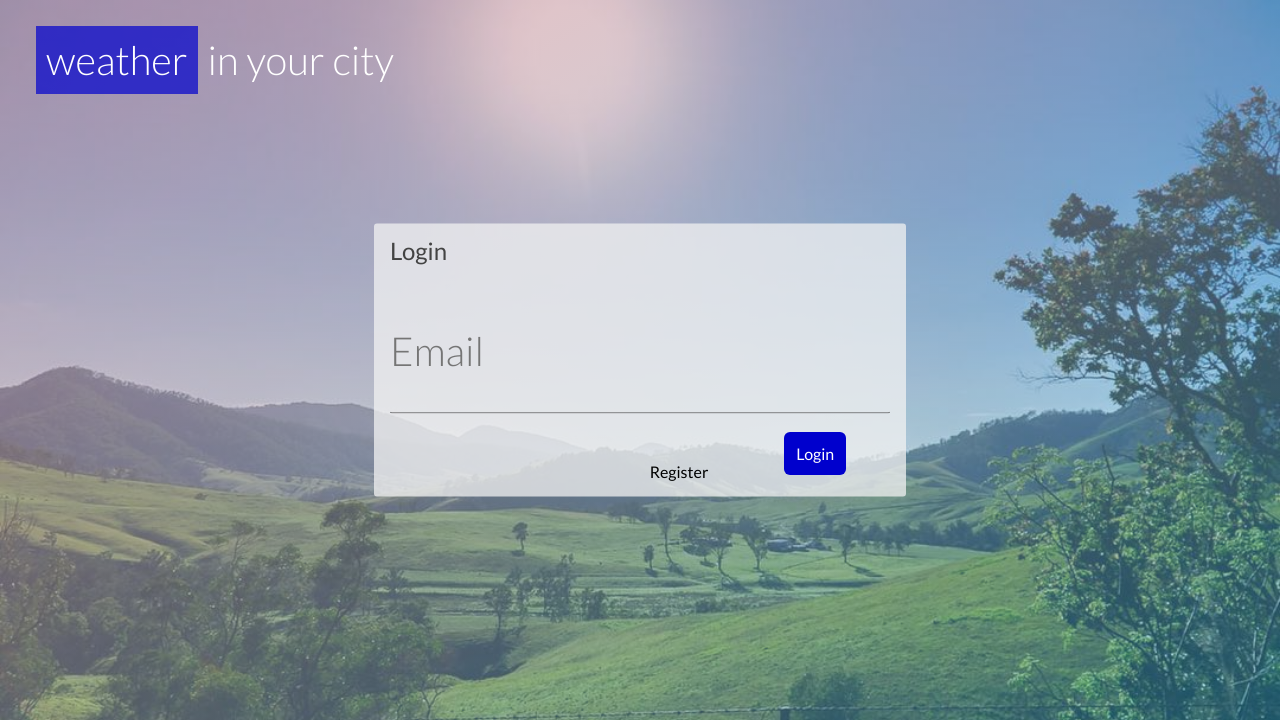
Repository: nosplashurinal/weather-app
Page: /, after clicking the first element matching `button.next`
An editor plug-in stored every save of this project. The page is shown before and after the next save, followed by the edit.
The browser window is 1280 px wide. The pictures show the whole page.
The project was rebuilt for these pictures with package versions that can differ from the ones it lists, and the page was loaded fresh each time. Also part of the build but not shown: src/components/RecentSearches.vue, src/components/Search.vue, src/components/WeatherDataBlock.vue.

Above is the page before, as saved 2018-12-31 17:11:06.

### public/index.html
<!DOCTYPE html>
<html lang="en">

<head>
	<meta charset="utf-8">
	<meta http-equiv="X-UA-Compatible" content="IE=edge">
	<meta name="viewport" content="width=device-width,initial-scale=1.0">
	<link rel="icon" href="<%= BASE_URL %>favicon.ico">
	<link href="https://fonts.googleapis.com/css?family=Lato:300,400" rel="stylesheet">
	<title>weather-app</title>
</head>

<body>
	<noscript>
		<strong>We're sorry but weather-app doesn't work properly without JavaScript enabled. Please enable it to continue.</strong>
	</noscript>
	<div id="app"></div>
	<!-- built files will be auto injected -->
</body>

</html>

### src/App.vue
<template>
  <div class="root-container">
    <div class="bg" v-bind:style="{backgroundImage: `url(${bg})`}"></div>
    <div class="overlay"></div>
    <div class="title">
      <span>weather</span>
      <span>in your city</span>
    </div>
    <transition name="slide">
      <Login v-if="!loginSuccess && !showRegistration" v-on:on-login="attemptLogin" />
    </transition>
    <Registration v-if="showRegistration" v-on:on-success="showRegistration = false" />
    <div v-if="loginSuccess" class="search-container" v-bind:class="{resultActive: showResults}">
      <Search
        v-bind:message="message"
        v-bind:showLoading="isLoadingResults"
        v-bind:isError="isError"
        v-on:on-key-press="onClickSearch"
        v-on:on-change="onInputChange"
      />
      <transition name="ease">
        <div class="results-container" v-if="showResults">
          <WeatherDataBlock v-bind:weatherData="weatherData"/>
        </div>
      </transition>
    </div>
  </div>
</template>

<script>
import Search from "./components/Search.vue";
import WeatherDataBlock from "./components/WeatherDataBlock.vue";
import Login from "./components/Login.vue";
import Registration from "./components/Registration.vue";
import axios from "axios";

export default {
  name: "app",
  components: {
    Search,
    WeatherDataBlock,
    Login,
    Registration
  },
  data() {
    return {
      currentQueryValue: null,
      results: [],
      showResults: false,
      address: null,
      isError: false,
      message: null,
      searchQuery: null,
      isLoadingResults: false,
      units: "metric",
      weatherData: undefined,
      bg: "/images/bg.jpg",
      weatherBg: null,
      screenWidth: window.innerWidth,
      screenHeight: window.innerHeight,
      showRegistration: false,
      loginSuccess: false
    };
  },
  created: function() {
    if (!JSON.parse(window.localStorage.getItem("user"))) {
      this.showRegistration = true;
    }
  },
  mounted: function() {
    if (JSON.parse(window.localStorage.getItem("searches"))) {
      this.validateRecentSearches();
    }
  },
  watch: {
    async searchQuery(newQuery) {
      let storedWeatherData;
      this.showResults = false;

      // Check if anything is saved in localStorage
      if (window.localStorage.getItem("searches")) {
        // Now, check if the current query matches anything in localStorage
        storedWeatherData = this.getFromLocalStorage(newQuery);
      } else {
        // Create an empty object in localStorage
        window.localStorage.setItem("searches", null);
      }
      if (storedWeatherData) {
        this.isLoadingResults = true;
        // Translate localStorage data into the format needed to display the data
        setTimeout(
          () =>
            (this.weatherData = this.parseStoredWeatherData(
              storedWeatherData.result
            )),
          0.0001
        );
      } else {
        this.isLoadingResults = true;
        try {
          let weatherData = await this.fetchWeatherDataForCity(
            this.searchQuery
          );
          const formattedData = this.parseApiResponse(newQuery, weatherData);
          this.pushDataToLocalStorage(formattedData);
          this.weatherData = formattedData.result;
        } catch {
          this.isLoadingResults = false;
          this.isError = true;
        }
      }
    },
    weatherData() {
      this.isLoadingResults = false;
      this.showResults = true;
      this.changeBackgroundImage();
    }
  },
  methods: {
    async validateRecentSearches() {
      let storedData = window.localStorage.getItem("searches");
      let storedDataObject = JSON.parse(storedData);
      let promiseArray = [];
      let newDataObject = [];
      storedDataObject.forEach(({ result }) => {
        promiseArray.push(this.fetchWeatherDataForCity(result.name));
      });
      let responseArray = await Promise.all(promiseArray);
      responseArray.forEach((data, index) => {
        const formattedData = this.parseApiResponse(
          storedDataObject[index].query,
          data
        );
        newDataObject.push(formattedData);
      });
      window.localStorage.setItem("searches", JSON.stringify(newDataObject));
    },
    timeDifferenceBetwenNowAndDate(d) {
      const date = new Date(d * 1000);
      const now = new Date();
      return (now.getTime() - date.getTime()) / (1000 * 60);
    },
    attemptLogin(e) {
      const user = window.localStorage.getItem("user");
      if (user === e) {
        this.loginSuccess = true;
      }
    },
    onInputChange() {
      if (this.isError) this.isError = false;
    },
    pushDataToLocalStorage(newDataItem) {
      let storedData = window.localStorage.getItem("searches");
      let storedDataObject = JSON.parse(storedData);
      let newDataObject = [];
      if (storedDataObject) {
        newDataObject = [...storedDataObject, newDataItem];
      } else {
        newDataObject.push(newDataItem);
      }
      window.localStorage.setItem("searches", JSON.stringify(newDataObject));
    },
    parseApiResponse(query, data) {
      return {
        query,
        result: {
          id: data.sys.id,
          temp: data.main.temp,
          name: data.name,
          country: data.sys.country,
          icon: data.weather[0].icon,
          description: data.weather[0].description,
          date: data.dt,
          humidity: data.wind.speed,
          wind: data.main.humidity
        }
      };
    },
    parseStoredWeatherData(data) {
      return {
        name: data.name,
        country: data.country,
        humidity: data.humidity,
        temp: data.temp,
        wind: data.wind,
        icon: data.icon,
        description: data.description,
        date: data.date
      };
    },
    getFromLocalStorage(i) {
      const localStorage = window.localStorage;
      const searchObject = JSON.parse(localStorage.getItem("searches"));
      if (searchObject) {
        return searchObject.find(item => item.query === i);
      } else {
        return null;
      }
    },
    onClickSearch(e) {
      this.searchQuery = e;
    },
    fetchWeatherDataForCity(city) {
      return new Promise((resolve, reject) => {
        axios
          .get(
            `http://api.openweathermap.org/data/2.5/weather?q=${city}&APPID=7c519880689160b16f5d233f16f2868d${
              this.units === "metric" ? "&units=metric" : ""
            }`
          )
          .then(response => {
            if (response.status === 404) {
              reject(response.err);
            } else {
              resolve(response.data);
            }
          })
          .catch(() => {
            this.isError = true;
            this.isLoadingResults = false;
            return;
          });
      });
    },
    changeBackgroundImage() {
      var newImg = new Image();
      newImg.onload = () => (this.bg = newImg.src);
      newImg.src = `https://loremflickr.com/1920/1080/${
        this.weatherData.description
      }`;
    }
  }
};
</script>

<style lang="scss" src="@/styles/app.scss">
</style>

### src/styles/app.scss
@import "./global.scss";
@import "./constants.scss";

.root-container {
  width: 100%;
  height: auto;
  overflow-y: scroll;
  overflow-x: hidden;
  font-size: 16px;
}
.bg {
  position: absolute;
  background-repeat: no-repeat;
  background-size: cover;
  background-position: center;
  -webkit-transition: background-image 500ms ease-in-out;
  transition: background-image 500ms ease-in-out;
  width: 100%;
  height: 100%;
}
.overlay {
  position: absolute;
  width: 100%;
  height: 100%;
  background-image: linear-gradient(
    to bottom right,
    rgba(230, 154, 154, 0.65),
    rgba(44, 181, 232, 0.4)
  );
}
.title {
  position: absolute;
  top: 36px;
  left: 36px;
  width: auto;
  height: auto;
  text-align: center;
  font-size: 2.5em;
  color: #fff;
  font-family: $font-primary;
  font-weight: 100;
  > span {
    padding: 0.25em;
    &:nth-child(1) {
      background-color: rgba($blue, 0.7);
    }
  }
}
.search-container {
  position: absolute;
  top: 50%;
  transform: translate(-50%, -50%);
  left: 50%;
  .results-container {
    margin-top: 4em;
    z-index: 9;
  }
}
.ease-enter-active,
.ease-leave-active {
  transition: all 900ms cubic-bezier(0, 0.57, 0.01, 0.97);
}
.ease-enter, .ease-leave-to /* .fade-leave-active below version 2.1.8 */ {
  opacity: 0;
  transform: scale(0.9) translate(0, 50px);
}
.slide-enter-active, .slide-leave-active {
  transition: opacity 350ms ease-in-out;
}
.slide-enter /* .fade-leave-active below version 2.1.8 */ {
  opacity: 0;
}

### src/styles/global.scss
html, body {
	position: relative;
	width: 100%;
	height: 100%;
}

body {
	color: #333;
	margin: 0;
	padding: 0;
	box-sizing: border-box;
	font-family: -apple-system, BlinkMacSystemFont, "Segoe UI", Roboto, Oxygen-Sans, Ubuntu, Cantarell, "Helvetica Neue", sans-serif;
}

a {
	color: rgb(0,100,200);
	text-decoration: none;
}

a:hover {
	text-decoration: underline;
}

a:visited {
	color: rgb(0,80,160);
}

label {
	display: block;
}

input, button, select, textarea {
	font-family: inherit;
	font-size: inherit;
	padding: 0.4em;
	margin: 0 0 0.5em 0;
	box-sizing: border-box;
	border: 1px solid #ccc;
	border-radius: 2px;
}

input:disabled {
	color: #ccc;
}

button {
	background-color: #f4f4f4;
	outline: none;
}

button:active {
	background-color: #ddd;
}

button:focus {
	border-color: #666;
}

p {
	margin: 0;
	padding: 0;
}

ul {
	list-style: none;
}
input:focus {
	outline: 0;
}
button {
	border: 0;
}

### src/styles/constants.scss
$blue: rgb(0, 0, 205);
$font-primary: "Lato", sans-serif;

### src/components/Login.vue
<template>
  <div class="login">
    <div class="login-container">
      <p>Login</p>
      <input
        autocomplete="off"
        type="email"
        name="email"
        class="email"
        id="email"
        placeholder="Email"
        v-on:keypress="onKeyPress"
      >
      <div class="button-container">
        <button class="login" v-on:click="onLogin">Login</button>
        <button class="register-button">Register</button>
      </div>
    </div>
  </div>
</template>
<script>
export default {
  name: "Login",
  methods: {
    onKeyPress(e) {
      this.$emit("on-login", e.target.value);
    }
  }
};
</script>
<style lang="scss" src="@/styles/login.scss">
</style>

### src/components/Registration.vue
<template>
  <div class="registration">
    <p>Please take a few moments to register.</p>
    <div class="fields-container">
      <input
        placeholder="Enter your Email"
        autofocus
        autocomplete="off"
        type="email"
        name="email"
        class="email"
        id="email"
        v-model="email"
      >
      <input
        placeholder="Enter your Name"
        autofocus
        autocomplete="off"
        type="text"
        name="name"
        class="name"
        id="name"
        v-model="name"
      >
      <input
        placeholder="Mobile"
        autofocus
        autocomplete="off"
        type="phone"
        name="mobile"
        class="mobile"
        id="mobile"
        v-model="mobile"
      >
      <input
        placeholder="Where are you located?"
        autofocus
        autocomplete="off"
        type="text"
        name="location"
        class="location"
        id="location"
        v-model="location"
      >
    </div>
    <button type="button" class="next" v-on:click="onRegister">Next</button>
  </div>
</template>
<script>
export default {
  name: "Registration",
  data() {
    return {
      email: null,
      name: null,
      mobile: null,
      location: null
    };
  },
  methods: {
    onRegister() {
      const { email, name, mobile, location } = this;
      const userObject = {
        email,
        name,
        mobile,
        location
      };
      window.localStorage.setItem("user", JSON.stringify(userObject));
      this.$emit("on-success");
    }
  }
};
</script>
<style lang="scss" src="@/styles/registration.scss">
</style>

### src/styles/login.scss
@import "./constants.scss";

.login {
  position: absolute;
  top: 50%;
  transform: translate(-50%, -50%);
  left: 50%;
  background: rgba(#f2f2f2, 0.75);
  border-radius: 3px;
  font-family: "Lato", sans-serif;
  padding: 0 1em;
  .login-container {
    display: flex;
    flex-direction: column;
    position: relative;
    p {
      color: #434343;
      position: relative;
      font-size: 1.5em;
      padding: 0.5em 0;
      margin-bottom: 0.5em;
      flex: none;
      width: auto;
    }
    input {
      color: #434343;
      background: transparent;
      border: 0;
      display: block;
      border-bottom: 1px solid #434343;
      font-size: 2.5em;
      line-height: 2.5em;
      font-weight: 300;
      margin: 0;
      width: 500px;
      height: auto;
      padding: 0;
      padding: 0.3em 0;
      margin-bottom: 1em;
      position: relative;
      &:focus {
        background: transparent;
        border: 0;
        border-bottom: 1px solid #434343;
        outline: none;
        box-shadow: none;
      }
      ::-webkit-input-placeholder {
        /* Chrome/Opera/Safari */
        color: #434343;
      }
      ::-moz-placeholder {
        /* Firefox 19+ */
        color: #434343;
      }
    }
    .button-container {
      flex: none;
      position: relative;
      bottom: 0;
      display: flex;
      width: 100%;
      justify-content: center;
      .login {
        background: $blue;
        color: #fff;
        text-align: center;
        border-radius: 6px;
        cursor: pointer;
        width: auto;
        position: relative;
        flex: none;
        padding: 0.75em;
        margin: 0;
      }
      .register-button {
        flex: none;
        margin-left: 1em;
        background: none;
        cursor: pointer;
        &:hover {
          text-decoration: underline;
        }
      }
    }
  }
  .fade-enter-active,
  .fade-leave-active {
    transition: opacity 350ms ease-in-out;
  }
  .fade-enter, .fade-leave-to /* .fade-leave-active below version 2.1.8 */ {
    opacity: 0;
  }
}

### src/styles/registration.scss
@import "./constants.scss";

.registration {
  position: absolute;
  top: 50%;
  transform: translate(-50%, -50%);
  left: 50%;
  background: rgba(#f2f2f2, 0.75);
  border-radius: 3px;
  font-family: "Lato", sans-serif;
  padding: 0 1em;
  p {
    color: #434343;
    position: relative;
    font-size: 1.5em;
    padding: 0.5em 0;
    margin-bottom: 0.5em;
  }
  .fields-container {
    position: relative;
    padding: 0 1.25em;
    ::-webkit-input-placeholder { /* Chrome/Opera/Safari */
      color: #434343;
    }
    ::-moz-placeholder { /* Firefox 19+ */
      color: #434343;
    }
    input {
      color: #434343;
      background: transparent;
      border: 0;
      display: block;
      border-bottom: 1px solid #434343;
      font-size: 1.5em;
      font-weight: 300;
      margin: 0;
      width: 100%;
      height: auto;
      padding: 0;
      padding: 0.3em 0;
      margin-bottom: 1em;
      &::focus {
        background: transparent;
        border: 0;
        border-bottom: 1px solid #434343;
        outline: none;
        box-shadow: none;
      }
    }
  }
  .next {
    background: $blue;
    color: #fff;
    padding: 0.75em;
    margin-right: 1em;
    border-radius: 6px;
    cursor: pointer;
    float: right;
  }
}

Loaded but not shown: src/main.js (common file)

After the next save:
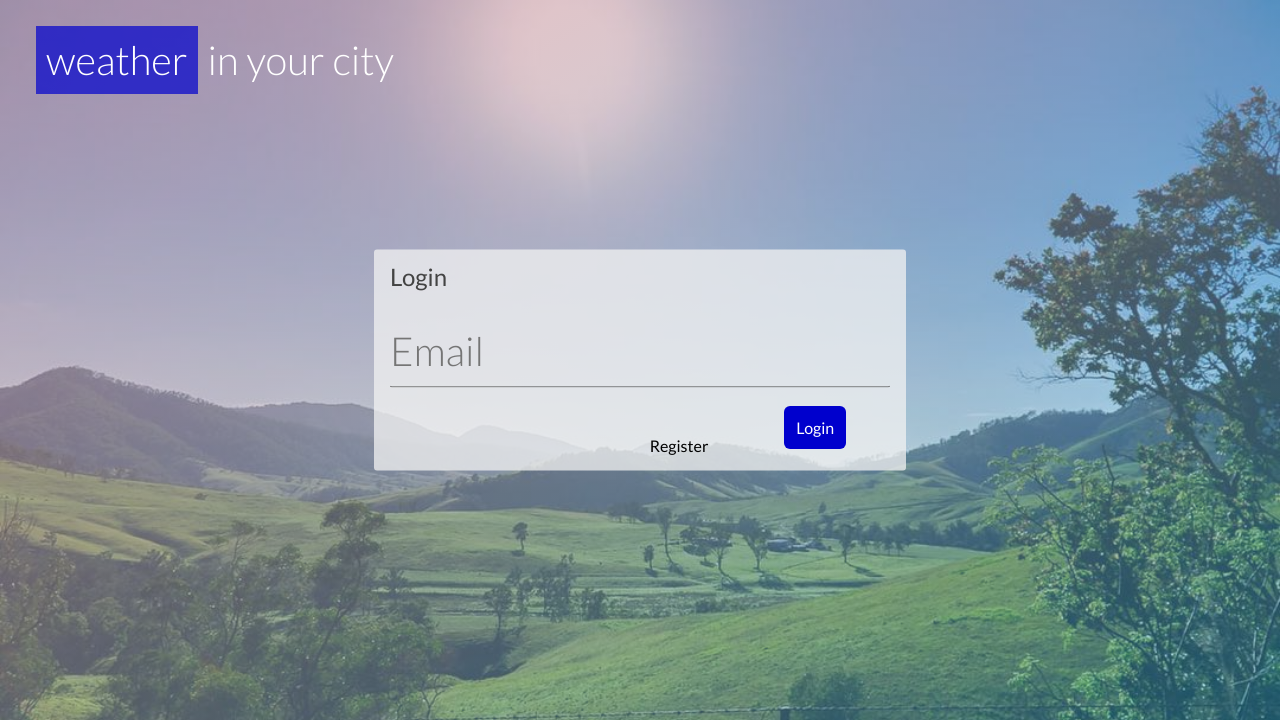
Saved 11 s later.
--- a/src/styles/login.scss
+++ b/src/styles/login.scss
@@ -29,7 +29,6 @@
       display: block;
       border-bottom: 1px solid #434343;
       font-size: 2.5em;
-      line-height: 2.5em;
       font-weight: 300;
       margin: 0;
       width: 500px;
